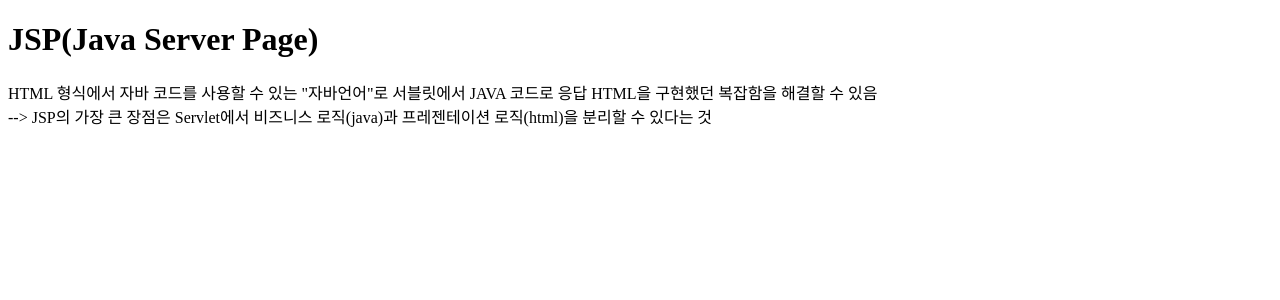
Repository: chuhj1226/servlet
Page: workspace/2_JSP/WebContent/index.html
The author's editor kept a copy of each file at every save. The page is drawn from the files as they stood at one save, then again after the next save.
The browser window is 1280 px wide. The pictures show the whole page.

Above is the page before, as saved 2021-10-05 07:59:48.

After the next save:
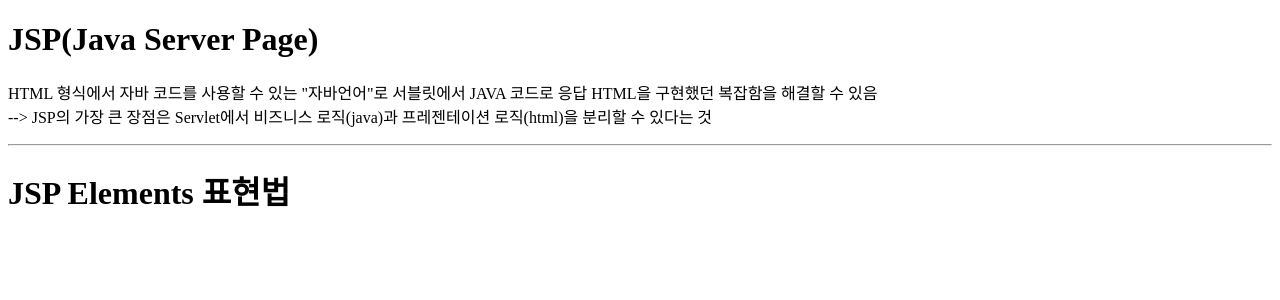
Saved 64 s later.
--- a/workspace/2_JSP/WebContent/index.html
+++ b/workspace/2_JSP/WebContent/index.html
@@ -12,5 +12,9 @@
 		--> JSP의 가장 큰 장점은 Servlet에서 비즈니스 로직(java)과 프레젠테이션 로직(html)을
 		분리할 수 있다는 것
 	</p>
+
+	<hr>
+
+	<h1>JSP Elements 표현법</h1>
 </body>
 </html>
